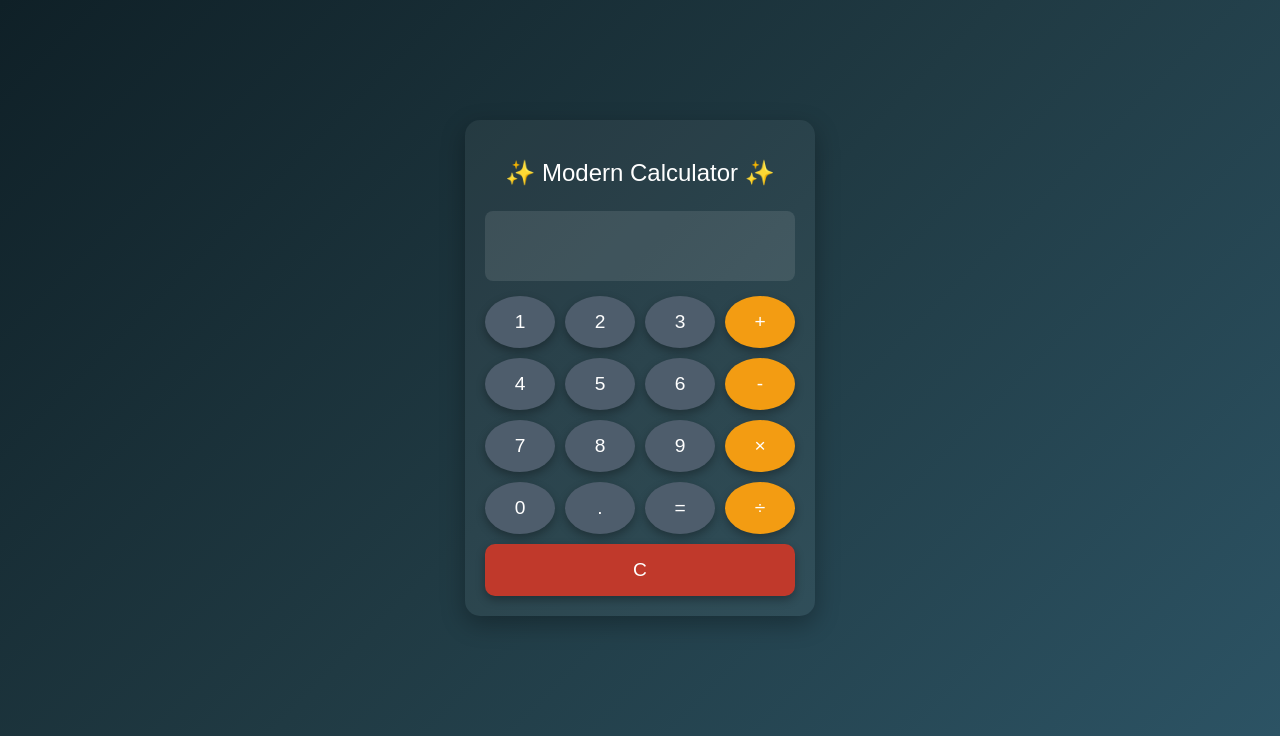
Repository: hawamubarakk/Calculator
Page: calculator.html
These files come from the project's save history. The page is drawn as it stood at one moment and after the next save; the edit follows.
The browser window is 1280 px wide. The pictures show the whole page.

Above is the page before, as saved 2025-08-15 21:45:40.

After the next save:
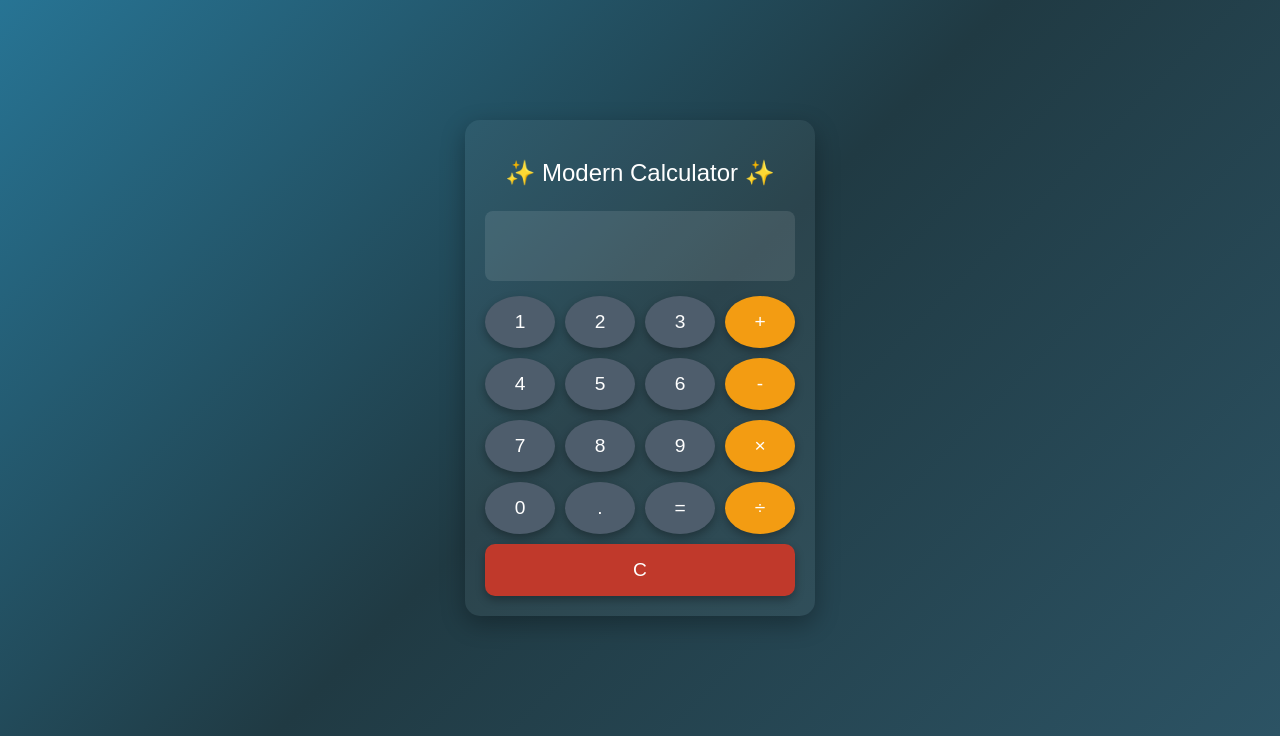
Saved 83 s later.
--- a/style.css
+++ b/style.css
@@ -1,5 +1,5 @@
 body {
-  background: linear-gradient(135deg, #0f2027, #203a43, #2c5364);
+  background: linear-gradient(135deg, #277494, #203a43, #2c5364);
   font-family: Arial, sans-serif;
   color: white;
   display: flex;
